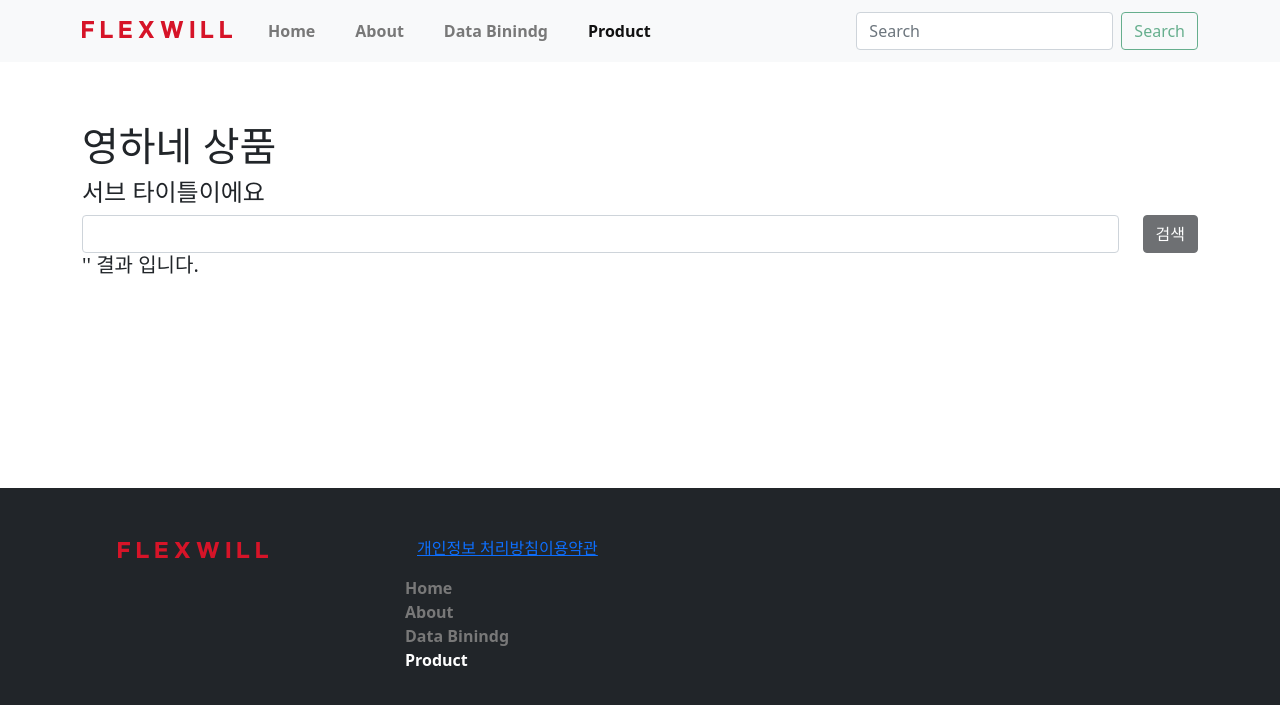
Repository: jang0ha/vue
Page: /product
The author's editor kept a copy of each file at every save. The page is drawn from the files as they stood at one save, then again after the next save.
The browser window is 1280 px wide. The pictures show the whole page.
The project was rebuilt for these pictures with package versions that can differ from the ones it lists, and the page was loaded fresh each time. Also part of the build but not shown: vue.config.js, src/views/HomeView.vue, src/views/AboutView.vue.

Above is the page before, as saved 2022-04-19 12:05:09.

After the next save:
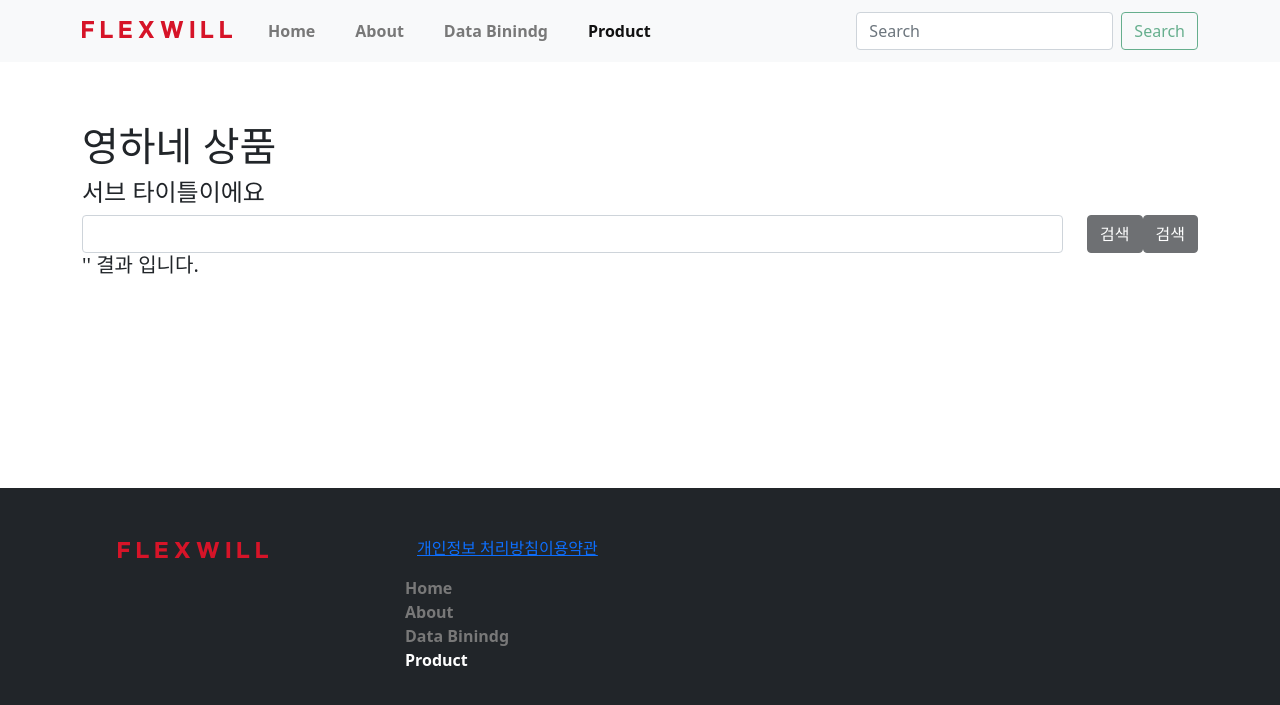
Saved 44 s later.
--- a/src/views/ProductView.vue
+++ b/src/views/ProductView.vue
@@ -10,6 +10,7 @@
                 </div>
                 <div class="col-auto">
                     <button type="button" class="btn btn-dark" placeholder="상품명을 입력하세요" v-bind:disabled="productSearch ==''" @click="getData">검색</button>
+                        <button type="button" class="btn btn-dark" placeholder="상품명을 입력하세요" v-bind:disabled="productSearch ==''" @click="setData">검색</button>
                 </div>
             </div>
 
@@ -31,6 +32,9 @@
     methods: {
       getData(){
           alert(this.productSearch)
+      },
+      setData(){
+
       }
     },
 }
